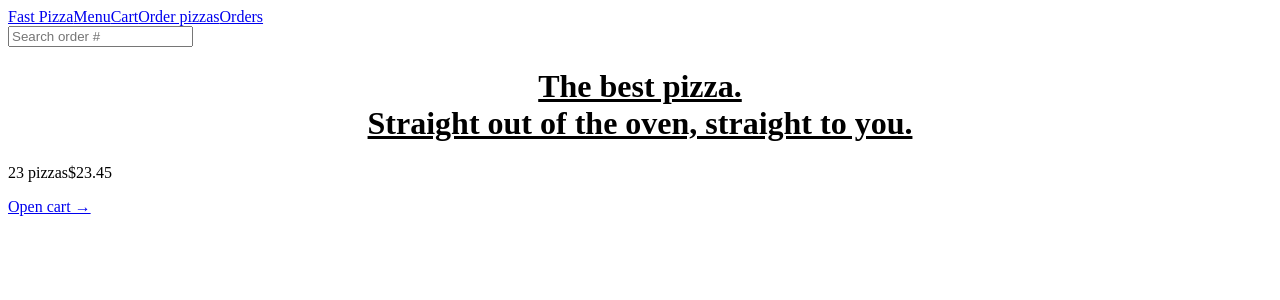
Repository: islamsaeedDev/ecommerce-cash-on-deliver-pizza-store
Page: /
An editor plug-in stored every save of this project. The page is shown before and after the next save, followed by the edit.
The browser window is 1280 px wide. The pictures show the whole page.
The project was rebuilt for these pictures with package versions that can differ from the ones it lists, and the page was loaded fresh each time. Also part of the build but not shown: vite.config.js, src/ui/Error.jsx, src/services/apiRestaurant.js, src/utils/helpers.js, src/features/menu/MenuItem.jsx, src/features/menu/Menu.jsx, src/features/cart/Cart.jsx, src/features/order/Order.jsx and 1 more. Imported but missing from the stored project, and not drawn on this page: src/features/order/CreateOrder.

Above is the page before, as saved 2025-10-22 03:43:21.

After the next save:
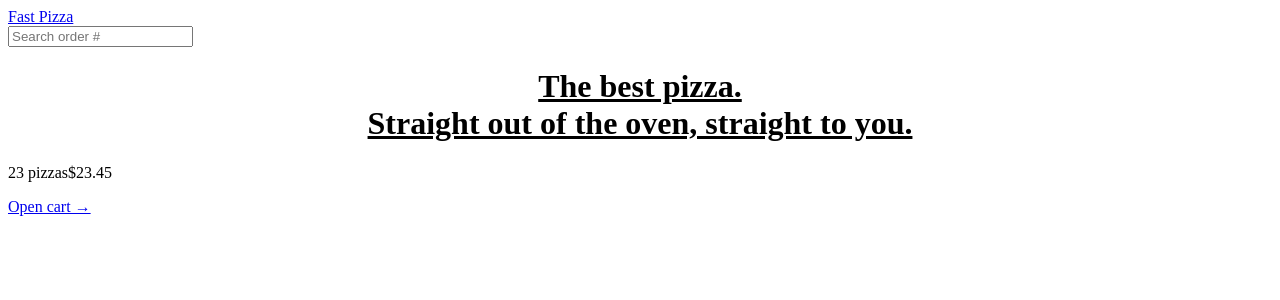
Saved 10 s later.
--- a/src/ui/Header.jsx
+++ b/src/ui/Header.jsx
@@ -5,10 +5,10 @@ function Header() {
   return (
     <header className="bg-fuchsia-500">
       <Link to="/">Fast Pizza</Link>
-      <Link to="/menu">Menu</Link>
+      {/* <Link to="/menu">Menu</Link>
       <Link to="/cart">Cart</Link>
       <Link to="/order/new">Order pizzas</Link>
-      <Link to="/order">Orders</Link>
+      <Link to="/order">Orders</Link> */}
       <SearchOrder />
     </header>
   );
